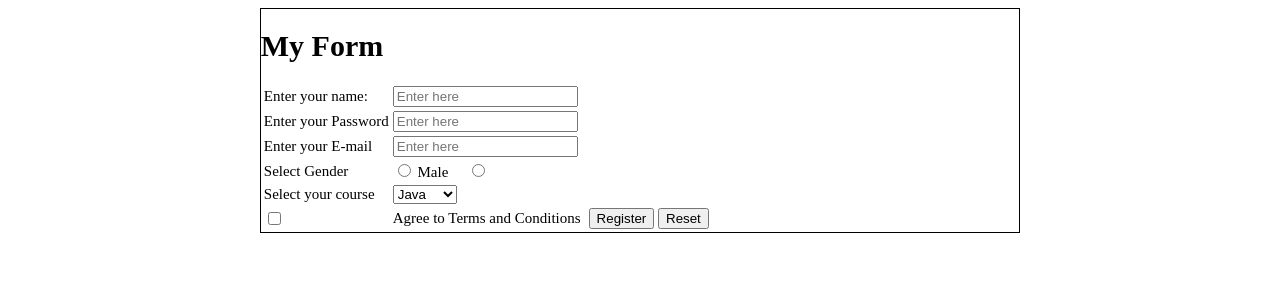
Repository: Amit7Akt/EJB
Page: FormSubmission/src/main/webapp/index.html
The author's editor kept a copy of each file at every save. The page is drawn from the files as they stood at one save, then again after the next save.
The browser window is 1280 px wide. The pictures show the whole page.

Above is the page before, as saved 2022-11-22 06:44:01.

### FormSubmission/src/main/webapp/index.html
<!DOCTYPE html>
<html lang = "en">
	<head>
		<meta charset= "UTF-8">
		<title> &npsb Form Page</title>
		<style type="text/css">
			.container{
				width: 60%;
				border : 1px solid black;
				margin: auto;
				font-size: 15px;
				}


		</style>

	</head>
	<body>
		<div class = "container">
			<h1> My Form</h1>
			<form action = "RegisterServlet " mehod = "post">
				<table>
					<tr>
						<td>Enter your name:</td>
						<td> <input type = "text" name = "user_name" placeholder = "Enter here"/> </td>
					</tr>
					<tr>
						<td>Enter your Password	</td>
						<td><input type = "Password" name = "user_password" placeholder= "Enter here"/></td>
					</tr>
					<tr>
						<td>Enter your E-mail</td>
						<td><input type = "email" name = "user_name" placeholder = "Enter here" /> </td>
					</tr>

					<tr>
						<td> Select Gender</td>
						<td> <input type = "radio" name = "user_gender" value = "male"> Male &nbsp; &nbsp; <input type = "radio" name = "user_gender" value = "female"></td>
					</tr>

					<tr>
						<td>
							Select your course
						</td>
						<td>
							<select name = "user_course" >
								<option value ="Java"> Java</option>
								<option value = "Php"> Php </option>
								<option value = "Python"> Python </option>
								<option value = "Ruby">Ruby </option>
							</select>
						</td>
					</tr>

					<tr>
						<td style = "text_align: center">
							<input type = "checkbox" value= "checked" name = "condition" />
						</td>
						<td>
							Agree to Terms and Conditions
						</td>

						<td>

						</td>

						<td>
							<button type = "submit"> Register</button>
							<button type = "reset"> Reset</button>
						</td>




				</table>

			</form>

		</div>

	</body>

</html>

After the next save:
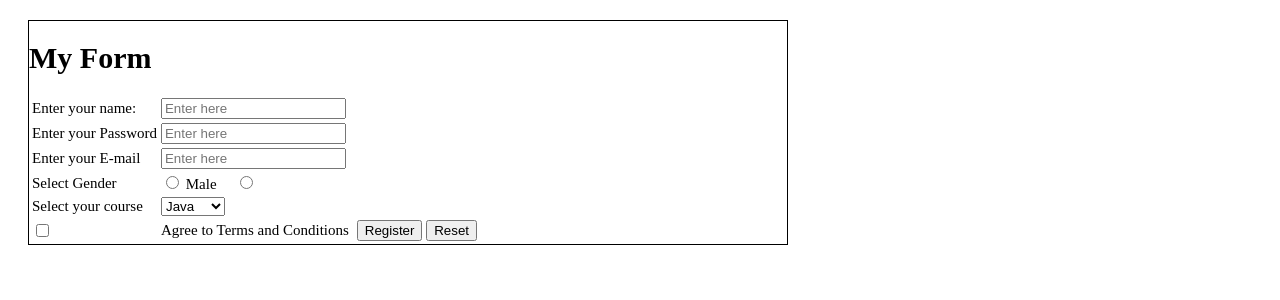
Saved 25 s later.
--- a/FormSubmission/src/main/webapp/index.html
+++ b/FormSubmission/src/main/webapp/index.html
@@ -7,7 +7,7 @@
 			.container{
 				width: 60%;
 				border : 1px solid black;
-				margin: auto;
+				margin: 20px;
 				font-size: 15px;
 				}
 

After the save that followed:
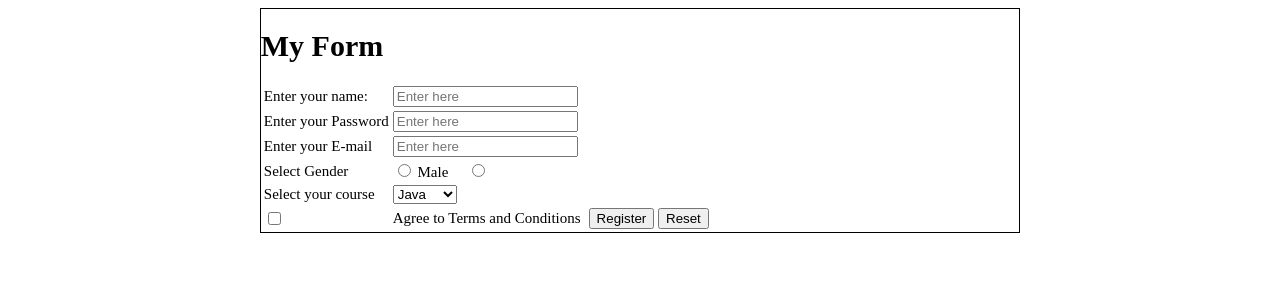
Saved 15 s later.
--- a/FormSubmission/src/main/webapp/index.html
+++ b/FormSubmission/src/main/webapp/index.html
@@ -7,7 +7,7 @@
 			.container{
 				width: 60%;
 				border : 1px solid black;
-				margin: 20px;
+				margin: auto;
 				font-size: 15px;
 				}
 
